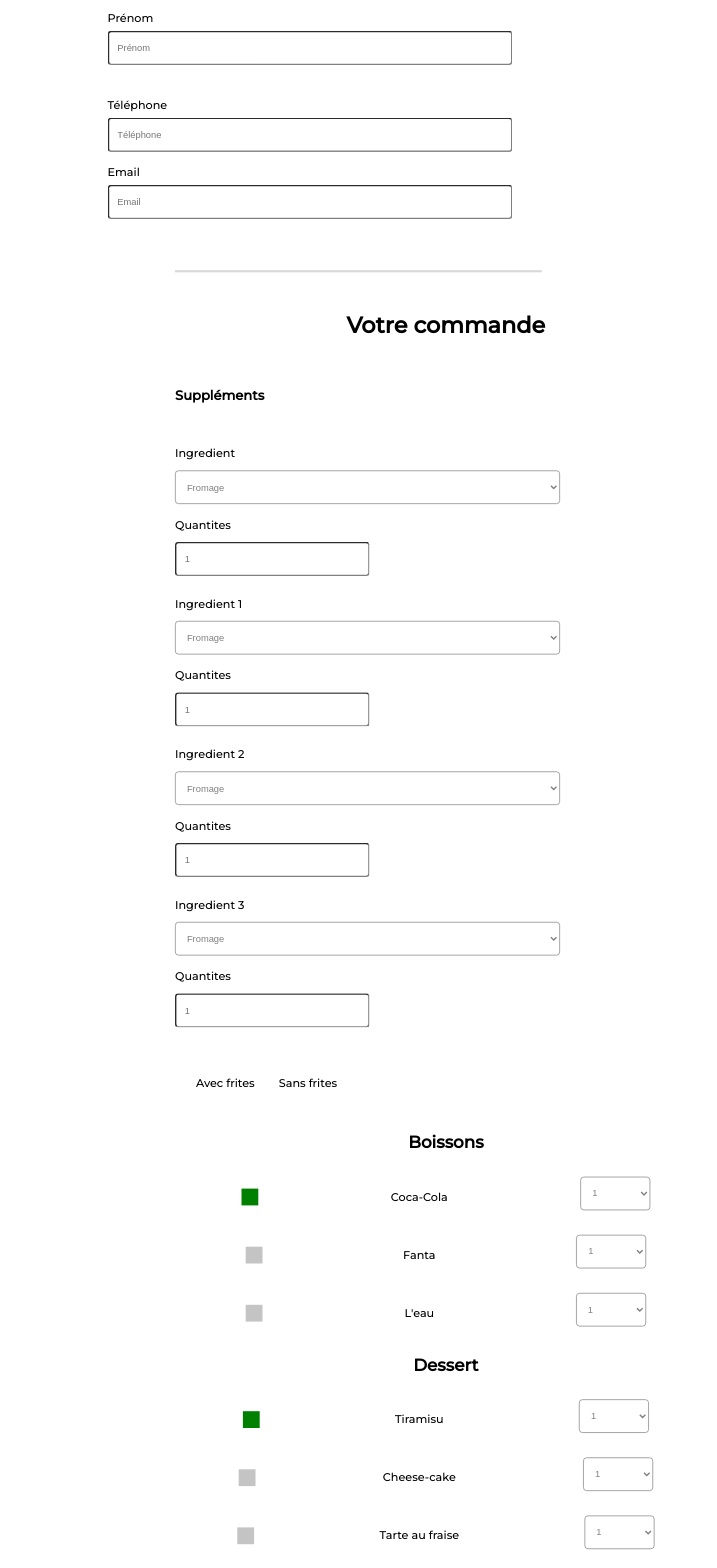
Repository: Ahlam-belhadj/bella-olange
Page: index2.html
An editor plug-in stored every save of this project. The page is shown before and after a run of saves, followed by the edit.
The browser window is 1024 px wide. The pictures show the part of the page from y = 1030 to 3270 px (the page is 4501 px tall), at 70% of full size.

Above is the page before, as saved 2023-02-14 15:09:50.

After the next 3 saves:
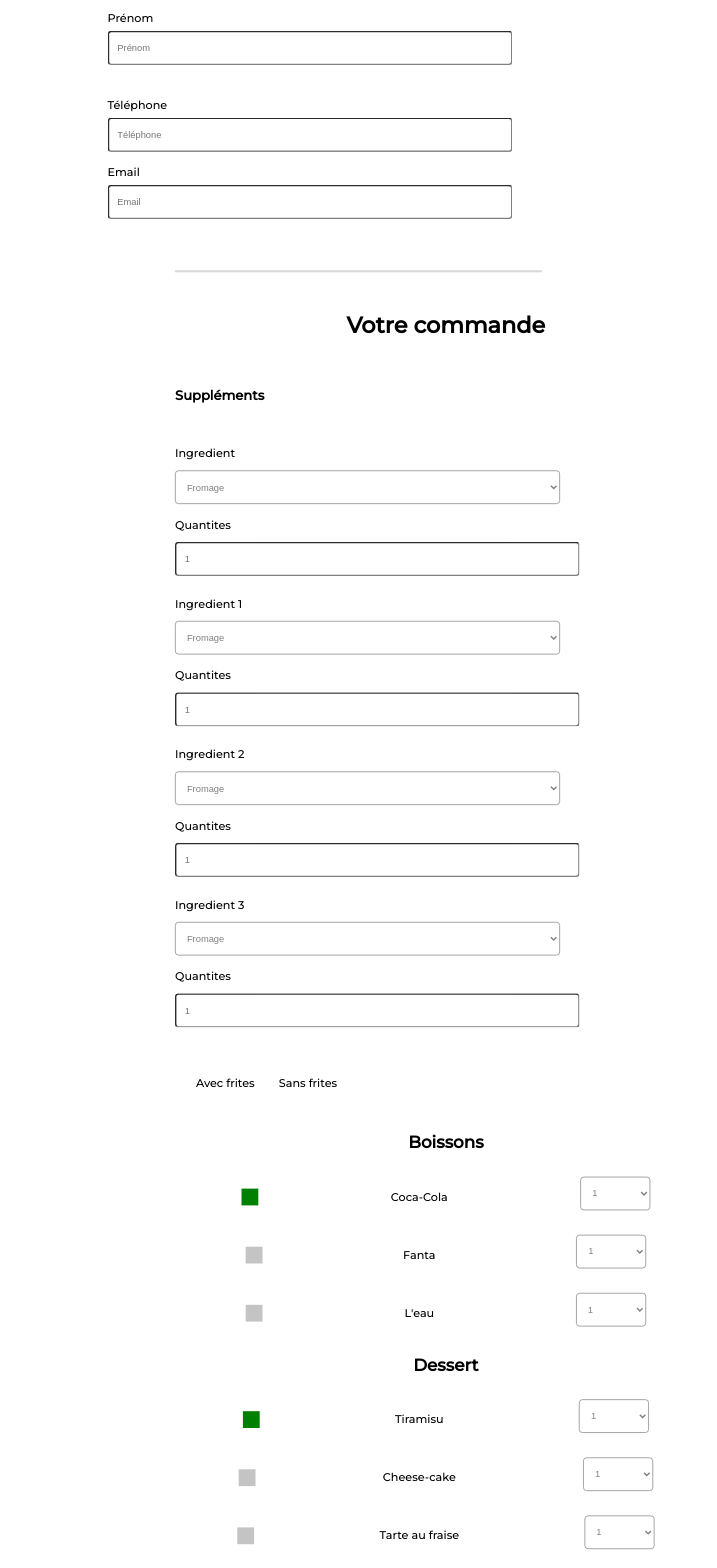
The 3 saves are shown as one change because they came seconds apart.
The last was saved 2 min 3 s later.
--- a/style2.css
+++ b/style2.css
@@ -485,4 +485,10 @@ h1{
 .suppléments {
   width: 550px;
 }
-}
+
+
+.box input {
+  width: 550px;
+
+}
+}
